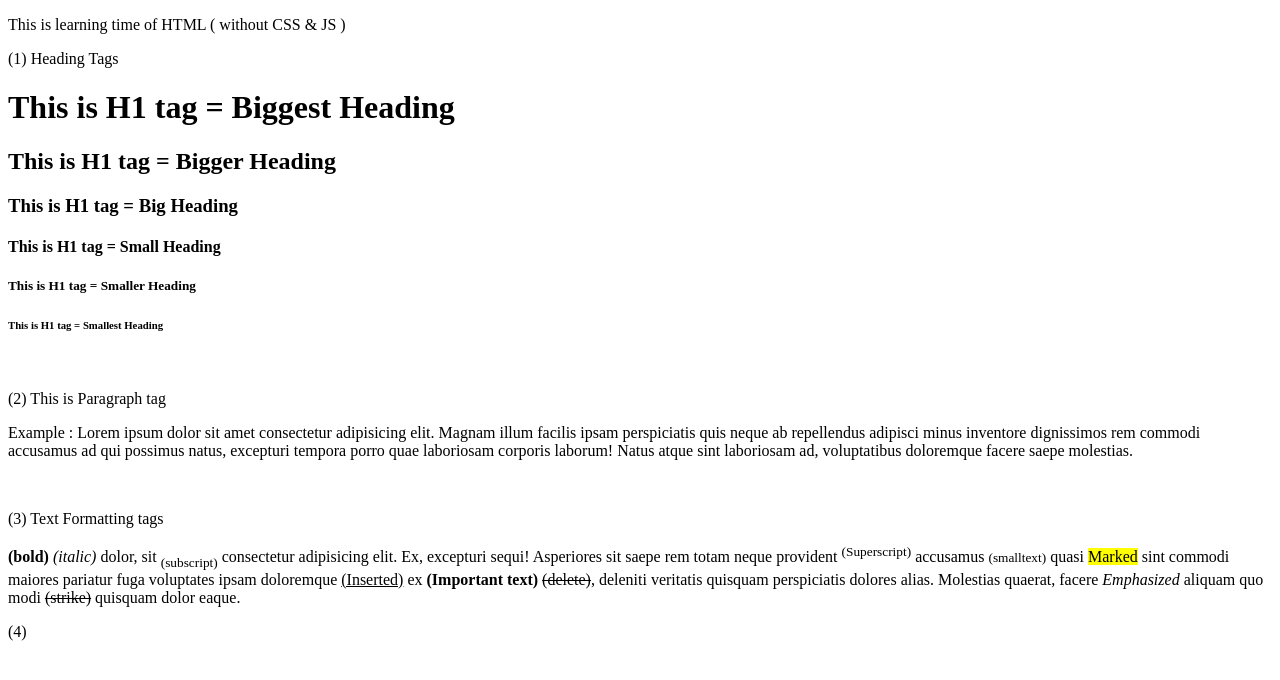
Repository: diptods/Frontend-in-60-DAYS
Page: Day01/learning/learn.html
These files come from the project's save history. The page is drawn as it stood at one moment and after the next save; the edit follows.
The browser window is 1280 px wide. The pictures show the whole page.

Above is the page before, as saved 2026-05-28 11:56:05.

After the next save:
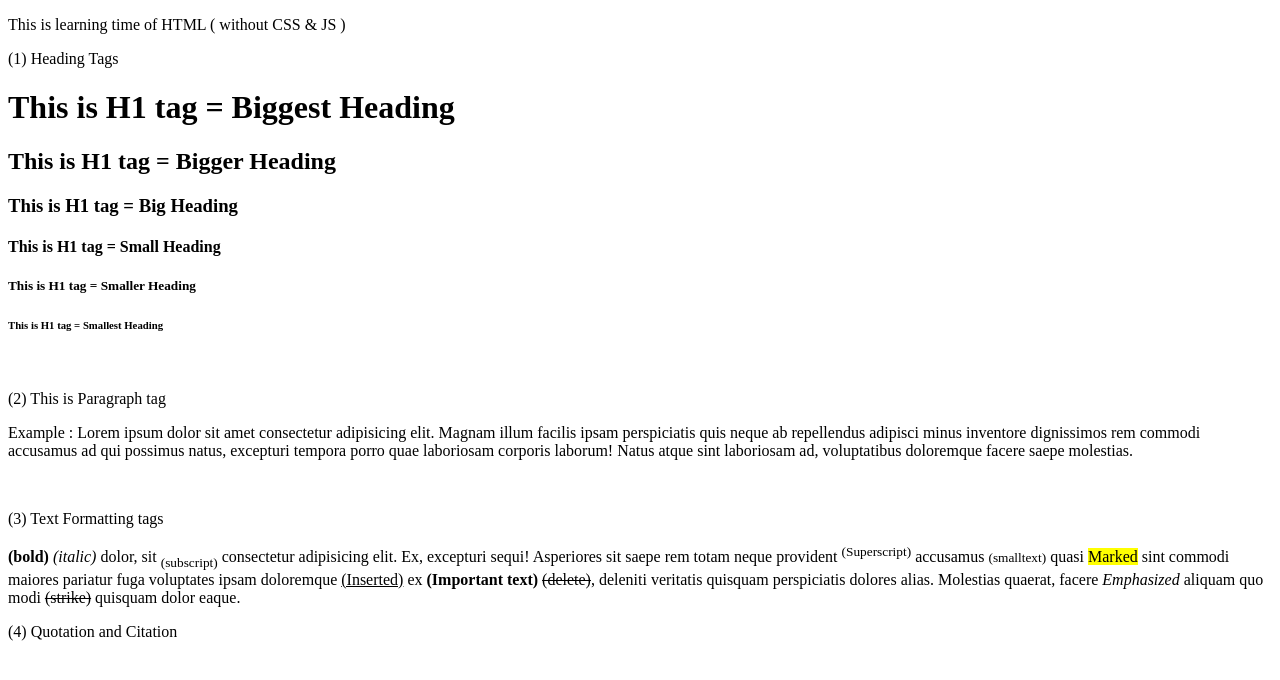
Saved 9 s later.
--- a/Day01/learning/learn.html
+++ b/Day01/learning/learn.html
@@ -28,7 +28,7 @@
         neque provident <sup>(Superscript)</sup> accusamus <small>(smalltext)</small> quasi <mark>Marked</mark> sint commodi maiores pariatur fuga voluptates ipsam doloremque
         <ins>(Inserted)</ins> ex <strong>(Important text)</strong> <del>(delete)</del>, deleniti veritatis quisquam perspiciatis dolores alias. Molestias quaerat, facere
         <em>Emphasized</em> aliquam quo modi <strike>(strike)</strike> quisquam dolor eaque.</p>
-    <p>(4) </p>
+    <p>(4) Quotation and Citation</p>
 </body>
 
 </html>
